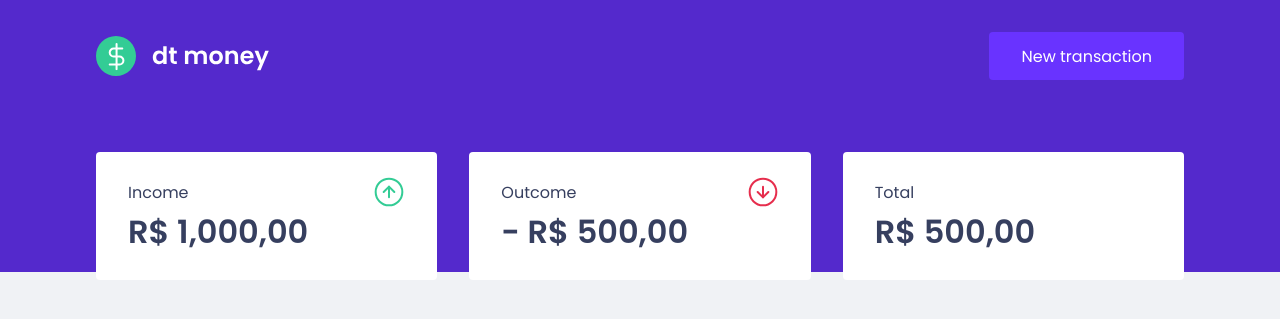
Repository: JoseGu1llardi/dtmoney
Page: /
These files come from the project's save history. The page is drawn as it stood at one moment and after the next save; the edit follows.
The browser window is 1280 px wide. The pictures show the whole page.
The project was rebuilt for these pictures with package versions that can differ from the ones it lists, and the page was loaded fresh each time.

Above is the page before, as saved 2022-12-30 15:10:34.

After the next save:
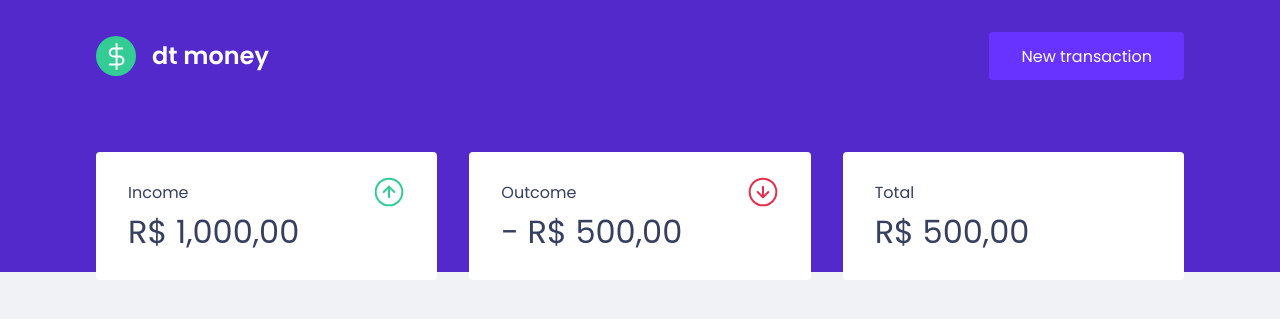
Saved 23 s later.
--- a/src/components/Summary/styles.ts
+++ b/src/components/Summary/styles.ts
@@ -21,7 +21,7 @@ export const Container = styled.div`
     strong {
       margin-top: 1rem;
       font-size: 2rem;
-      font-weight: 700;
+      font-weight: 500;
     }
   }
 `;
